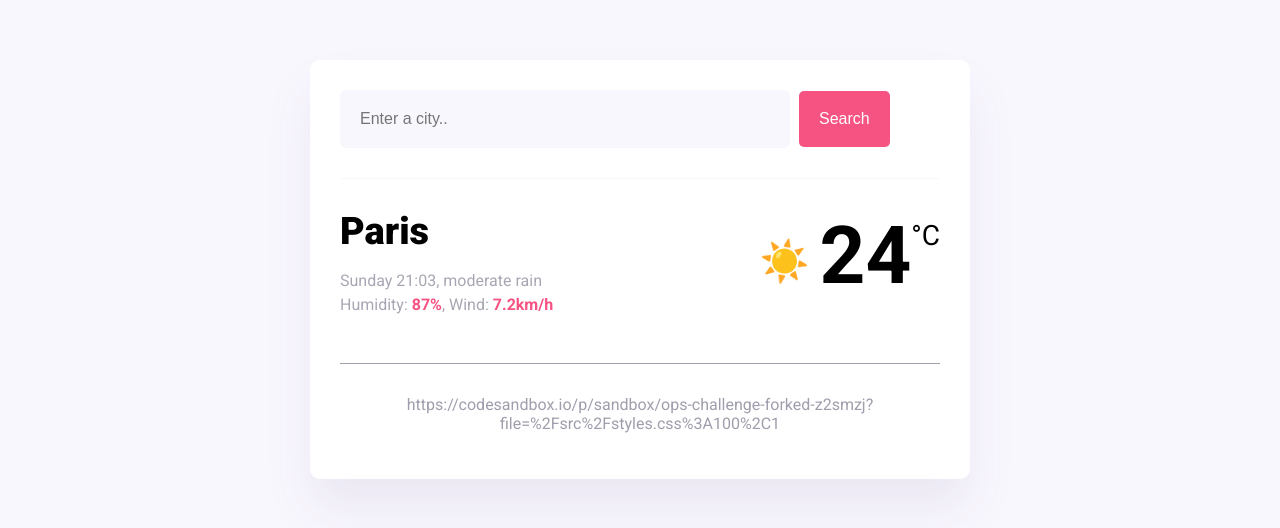
Repository: RuthTom711/weather-app-project
Page: index.html
An editor plug-in stored every save of this project. The page is shown before and after the next save, followed by the edit.
The browser window is 1280 px wide. The pictures show the whole page.
Some web libraries are served in a nearby version.

Above is the page before, as saved 2025-11-10 03:18:27.

After the next save:
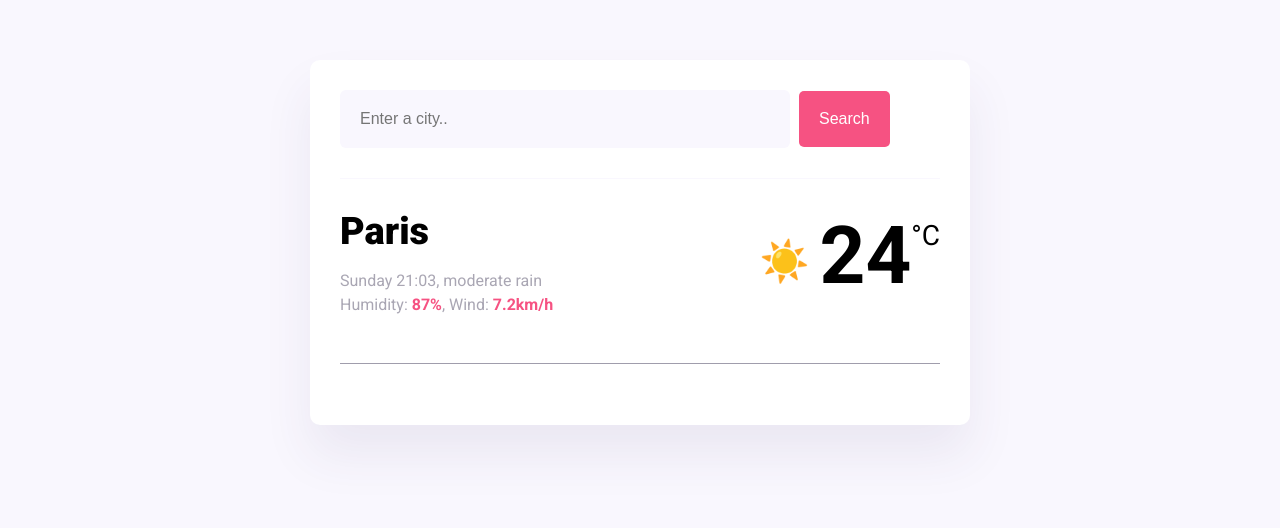
Saved 13 s later.
--- a/index.html
+++ b/index.html
@@ -48,7 +48,7 @@
       </main>
       <footer>
         <p>
-          https://codesandbox.io/p/sandbox/ops-challenge-forked-z2smzj?file=%2Fsrc%2Fstyles.css%3A100%2C1
+
         </p>
       </footer>
     </div>
